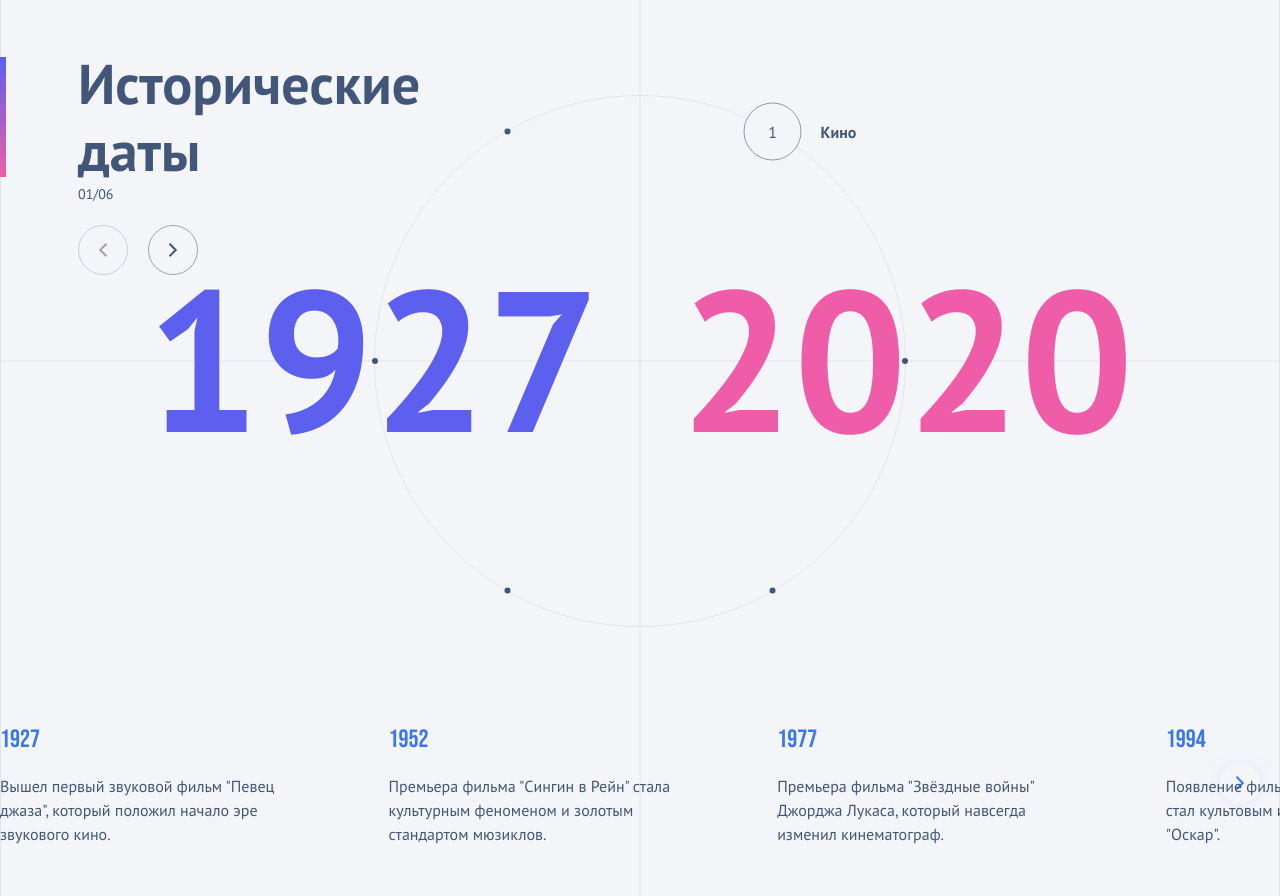
Repository: LenarTulupov/only
Page: /
An editor plug-in stored every save of this project. The page is shown before and after the next save, followed by the edit.
The browser window is 1280 px wide. The pictures show the whole page.
The project was rebuilt for these pictures with package versions that can differ from the ones it lists, and the page was loaded fresh each time.

Above is the page before, as saved 2024-12-18 13:36:55.

After the next save:
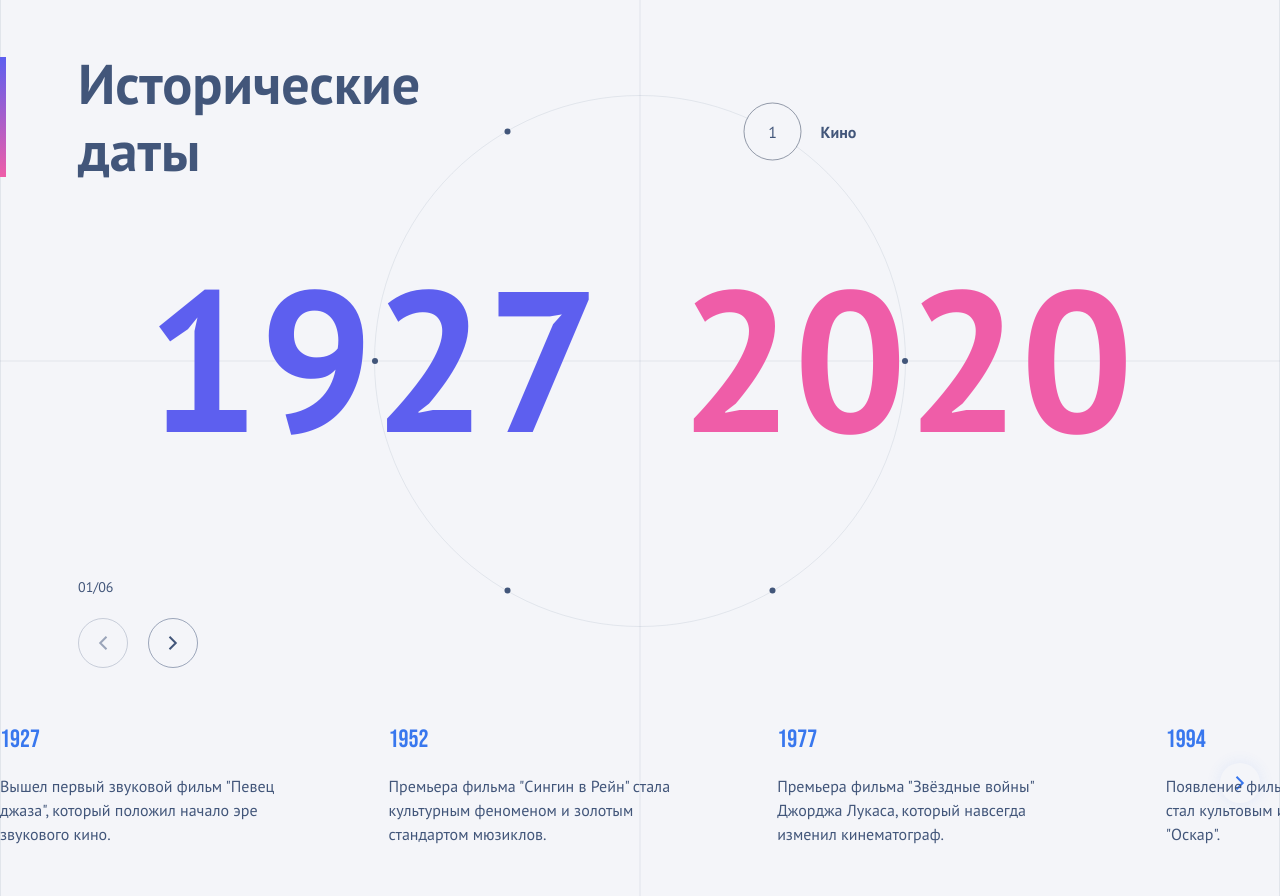
Saved 23 s later.
--- a/src/pages/home/history/history.module.scss
+++ b/src/pages/home/history/history.module.scss
@@ -34,5 +34,6 @@
   z-index: -10;
 }
 .step-navigation {
+  margin-top: 393px;
   padding-left: 78px;
 }
